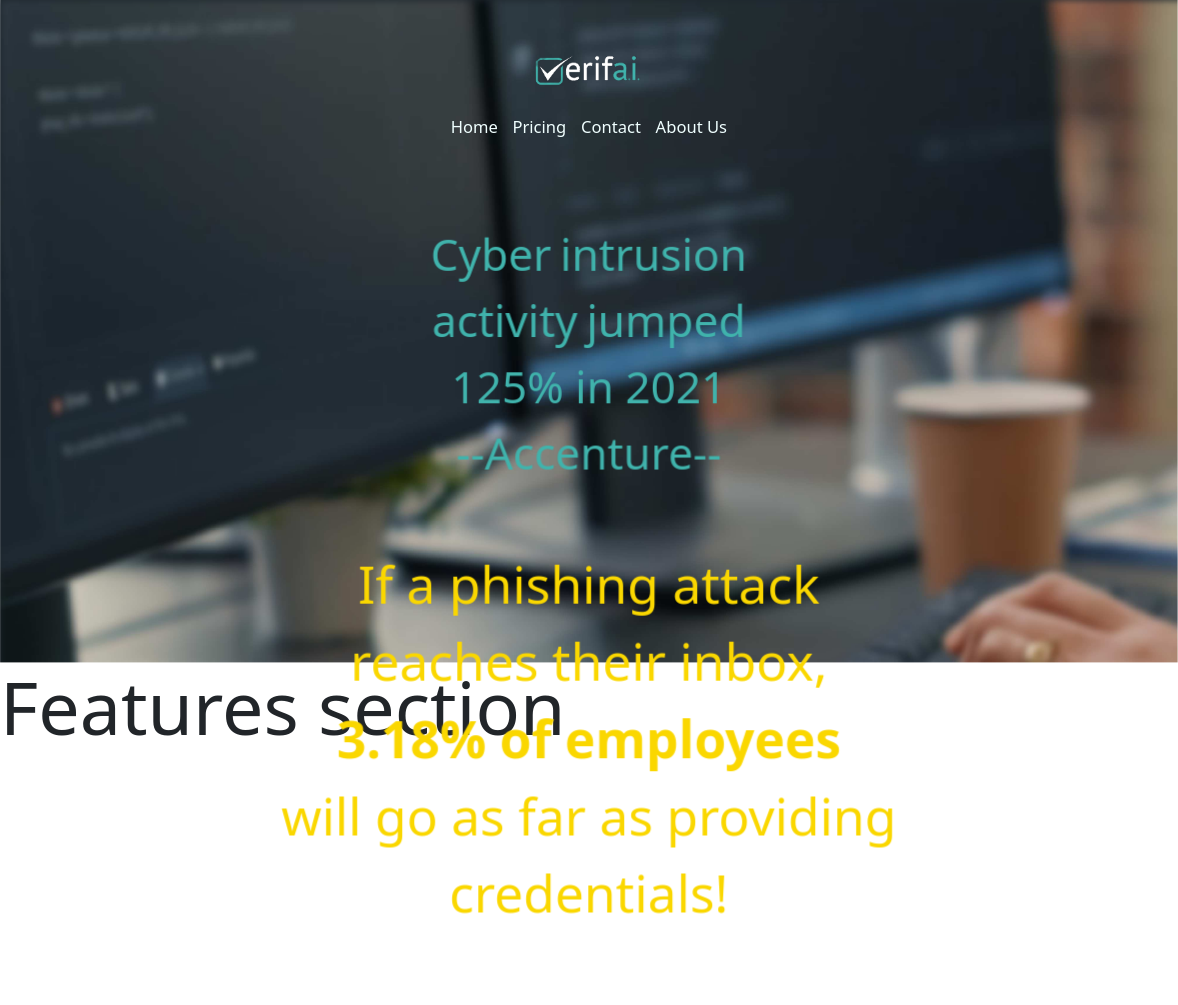
Repository: Ali-VB/verif-website
Page: /
These files come from the project's save history. The page is drawn as it stood at one moment and after the next save; the edit follows.
The browser window is 1280 px wide. The pictures show the whole page, at 92% of full size.
The project was rebuilt for these pictures with package versions that can differ from the ones it lists, and the page was loaded fresh each time.

Above is the page before, as saved 2022-04-19 09:34:16.

After the next save:
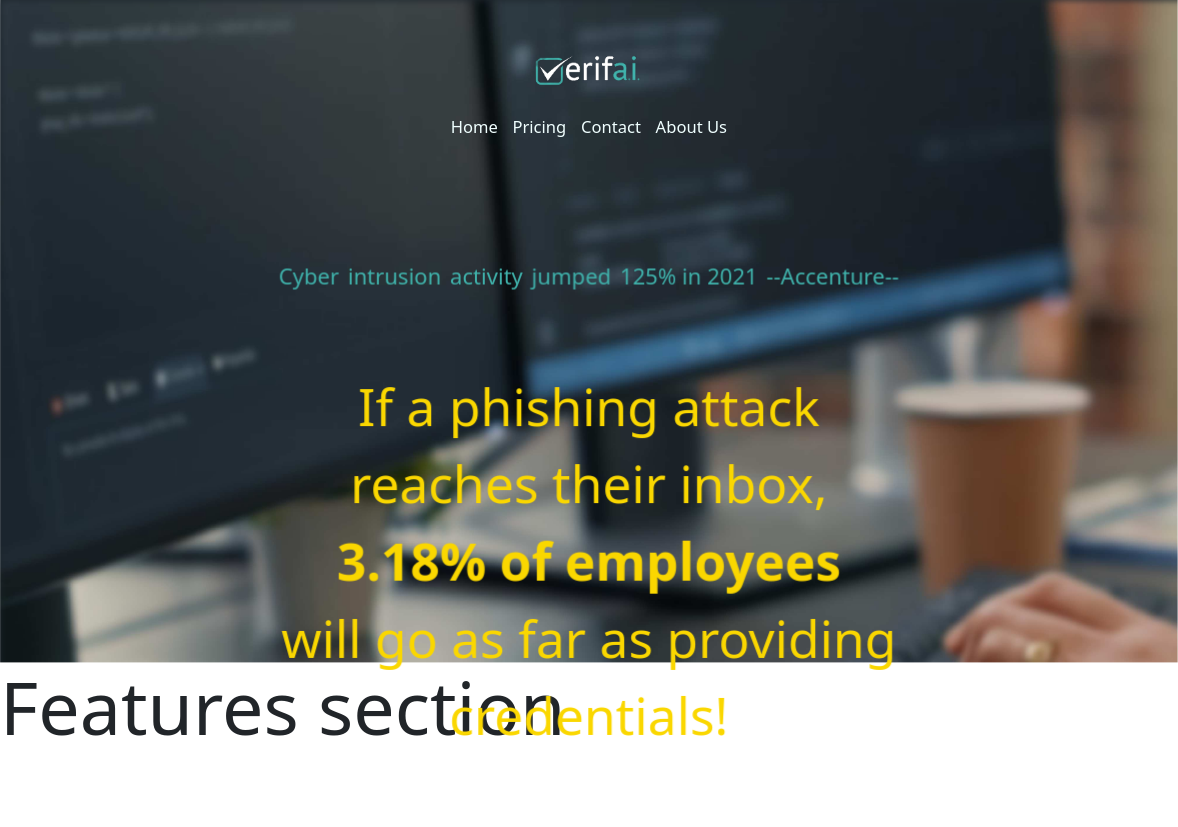
Saved 24 s later.
--- a/src/components/Header/Header.css
+++ b/src/components/Header/Header.css
@@ -96,7 +96,15 @@
   }
 
   @media only screen and (min-width: 1200px) {
+    .text-first {
+        margin-top: 4.5rem;
+        margin-bottom: 3rem;
+        padding: 0.1rem 0.1rem;
+        width: 90%;
+        font-size:1.5rem;
 
+
+      }
   }
 
   @media only screen and (max-width: 768px) {
